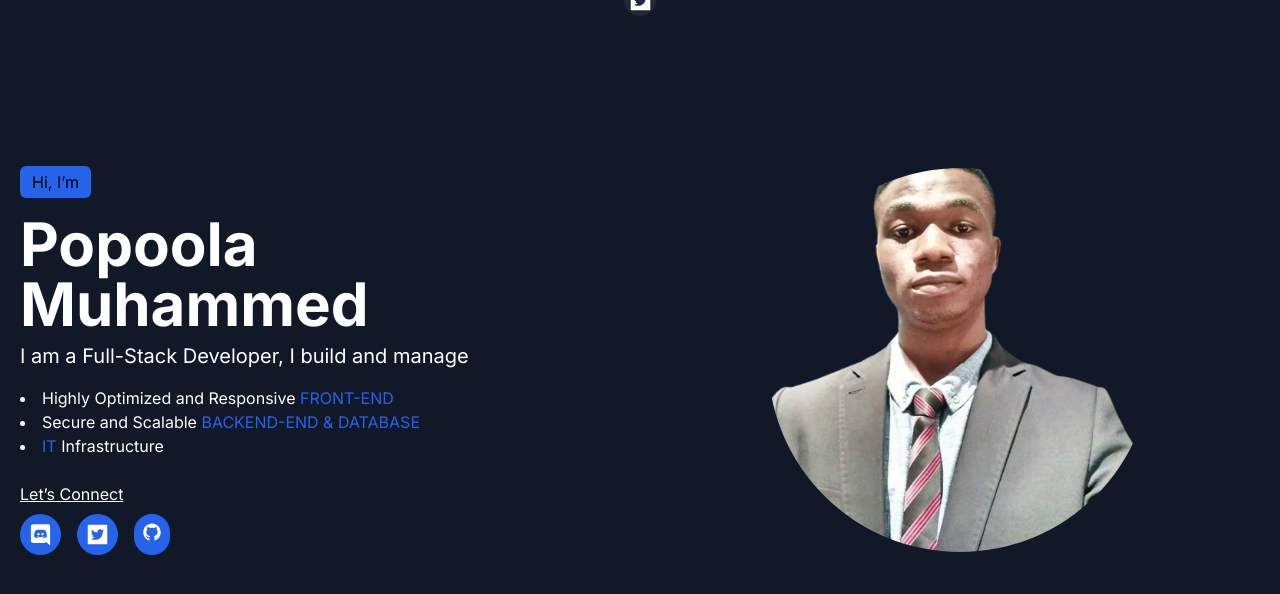
Repository: muhammedctgr/hammedctgr
Page: /
An editor plug-in stored every save of this project. The page is shown before and after a run of saves, followed by the edit.
The browser window is 1280 px wide. The pictures show the whole page.
The project was rebuilt for these pictures with package versions that can differ from the ones it lists, and the page was loaded fresh each time. The framework's server and built-in components were replaced by stand-ins that run in the browser. Also part of the build but not shown: next.config.mjs.

Above is the page before, as saved 2024-07-29 20:05:04.

### app/layout.tsx
import type { Metadata } from "next";
import { Inter } from "next/font/google";
import "./globals.css";

const inter = Inter({ subsets: ["latin"] });

export const metadata: Metadata = {
  title: "Popoola Muhammed",
  description: "Generated by create next app",
};

export default function RootLayout({
  children,
}: Readonly<{
  children: React.ReactNode;
}>) {
  return (
    <html lang="en">
      <body className={inter.className}>{children}</body>
    </html>
  );
}

### app/page.tsx
import Head from 'next/head';
import Hero from '../components/Hero';


const Home = () => (
  <div>
    <Head>
      <title>Popoola Muhammed</title>
      <meta name="description" content="Welcome to my developer portfolio" />
    </Head>

    <Hero />

  </div>
);

export default Home;

### components/Hero.tsx
import Image from 'next/image';
import profilePic from '../public/profile.png';
import { AiFillDiscord, AiFillGithub, AiFillTwitterSquare, AiFillX } from 'react-icons/ai';

const Hero = () => {
  return (
    <section className="bg-gray-900 text-white min-h-screen flex items-center">
      <div className="container mx-auto flex flex-col md:flex-row items-center">
        <div className="flex-1 text-center md:text-left p-5">
          <div className="inline-block bg-blue-600 text-black py-1 px-3 mb-4 rounded-md">
            Hi, I’m
          </div>
          <h1 className="text-4xl md:text-6xl font-bold">Popoola Muhammed</h1>
          <p className="mt-2 text-lg md:text-xl">I am a Full-Stack Developer, I build and manage</p>
          <ul className="mt-4 list-disc list-inside">
            <li>Highly Optimized and Responsive <span className="text-blue-600">FRONT-END</span></li>
            <li>Secure and Scalable <span className="text-blue-600">BACKEND-END & DATABASE</span></li>
            <li><span className="text-blue-600">IT</span> Infrastructure</li>
          </ul>
          <div className="mt-6">
            <a href="#contact" className=" underline">Let’s Connect</a>
            <div className="mt-2 flex justify-center md:justify-start space-x-4">
              <a href="#" className="bg-blue-600 p-2 rounded-full">
                <AiFillDiscord size={25} />
              </a>
              <a href="#" className="bg-blue-600 p-2 rounded-full">
                <AiFillTwitterSquare size={25} />
              </a>
              <a href="#" className="bg-blue-600 p-2 rounded-full">
                <AiFillGithub size={20} />
              </a>
            </div>
          </div>
        </div>
        <div className="flex-1 p-5">
          <div className="relative w-48 h-48 mx-auto md:w-72 md:h-72 lg:w-96 lg:h-96">
            <Image src={profilePic} alt="Popoola Muhammed" layout="fill" className="rounded-full object-cover" />
          </div>
          <div className="absolute top-0 left-1/2 transform -translate-x-1/2 -translate-y-1/2 w-8 h-8 bg-gray-800 rounded-full flex items-center justify-center">
            <AiFillTwitterSquare size={25} />
          </div>
        </div>
      </div>
    </section>
  );
};

export default Hero;

Loaded but not shown: app/globals.css (common file); tailwind.config.ts (common file)

After the next 3 saves:
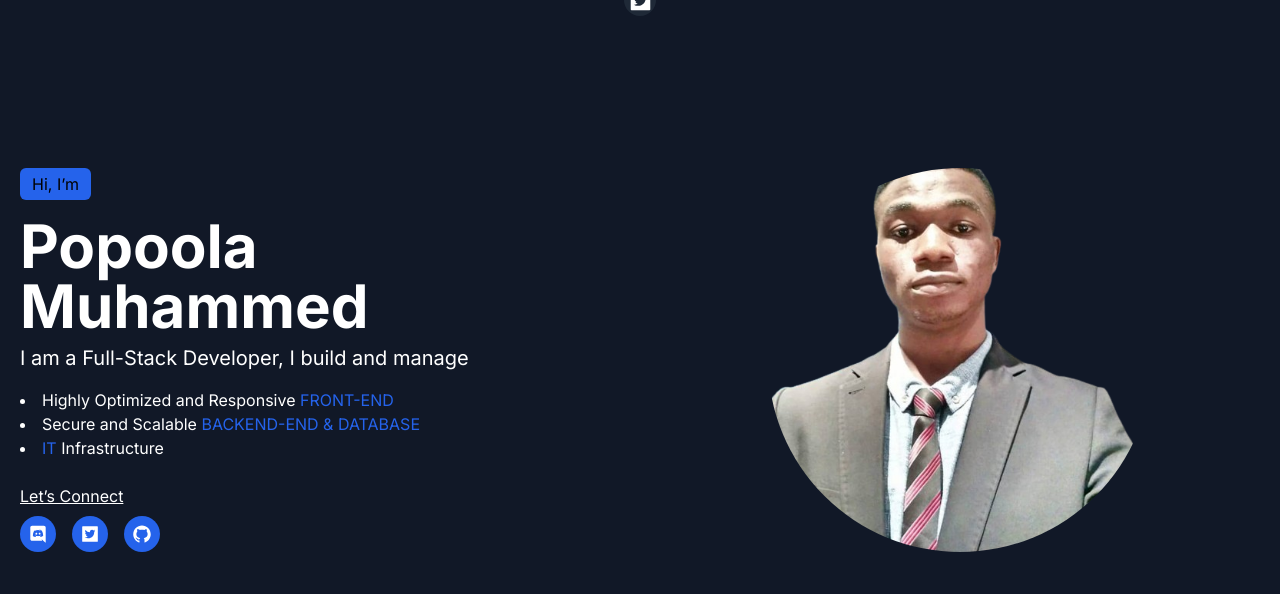
The 3 saves are shown as one change because they came seconds apart.
The last was saved 8 s later.
--- a/components/Hero.tsx
+++ b/components/Hero.tsx
@@ -21,10 +21,10 @@ const Hero = () => {
             <a href="#contact" className=" underline">Let’s Connect</a>
             <div className="mt-2 flex justify-center md:justify-start space-x-4">
               <a href="#" className="bg-blue-600 p-2 rounded-full">
-                <AiFillDiscord size={25} />
+                <AiFillDiscord size={20} />
               </a>
               <a href="#" className="bg-blue-600 p-2 rounded-full">
-                <AiFillTwitterSquare size={25} />
+                <AiFillTwitterSquare size={20} />
               </a>
               <a href="#" className="bg-blue-600 p-2 rounded-full">
                 <AiFillGithub size={20} />
